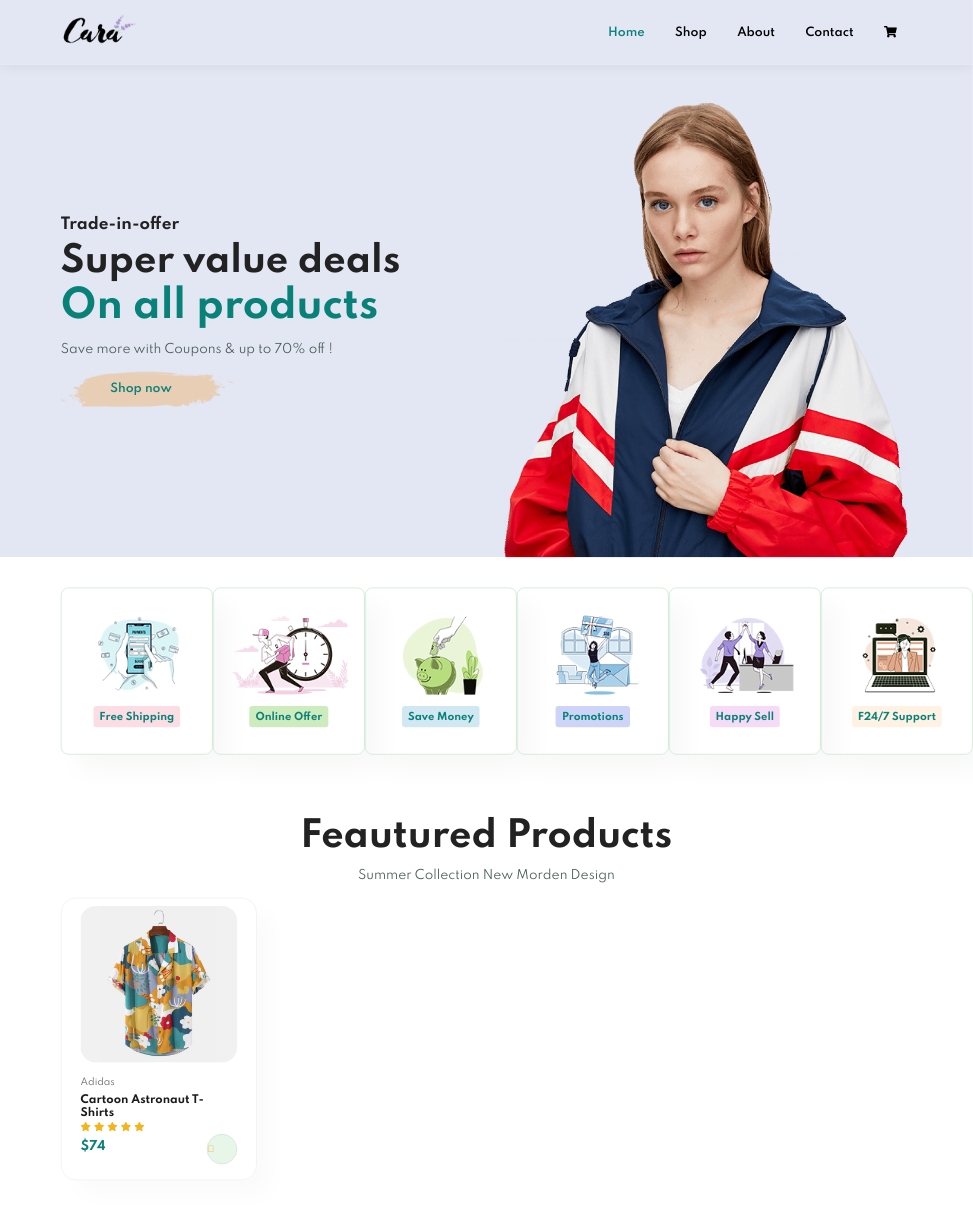
Repository: Daryllgio/E-Commerce-Website-UI
Page: index.html
An editor plug-in stored every save of this project. The page is shown before and after the next save, followed by the edit.
The browser window is 1280 px wide. The pictures show the whole page, at 76% of full size.
Some web libraries are served in a nearby version.

Above is the page before, as saved 2024-12-31 13:48:15.

After the next save:
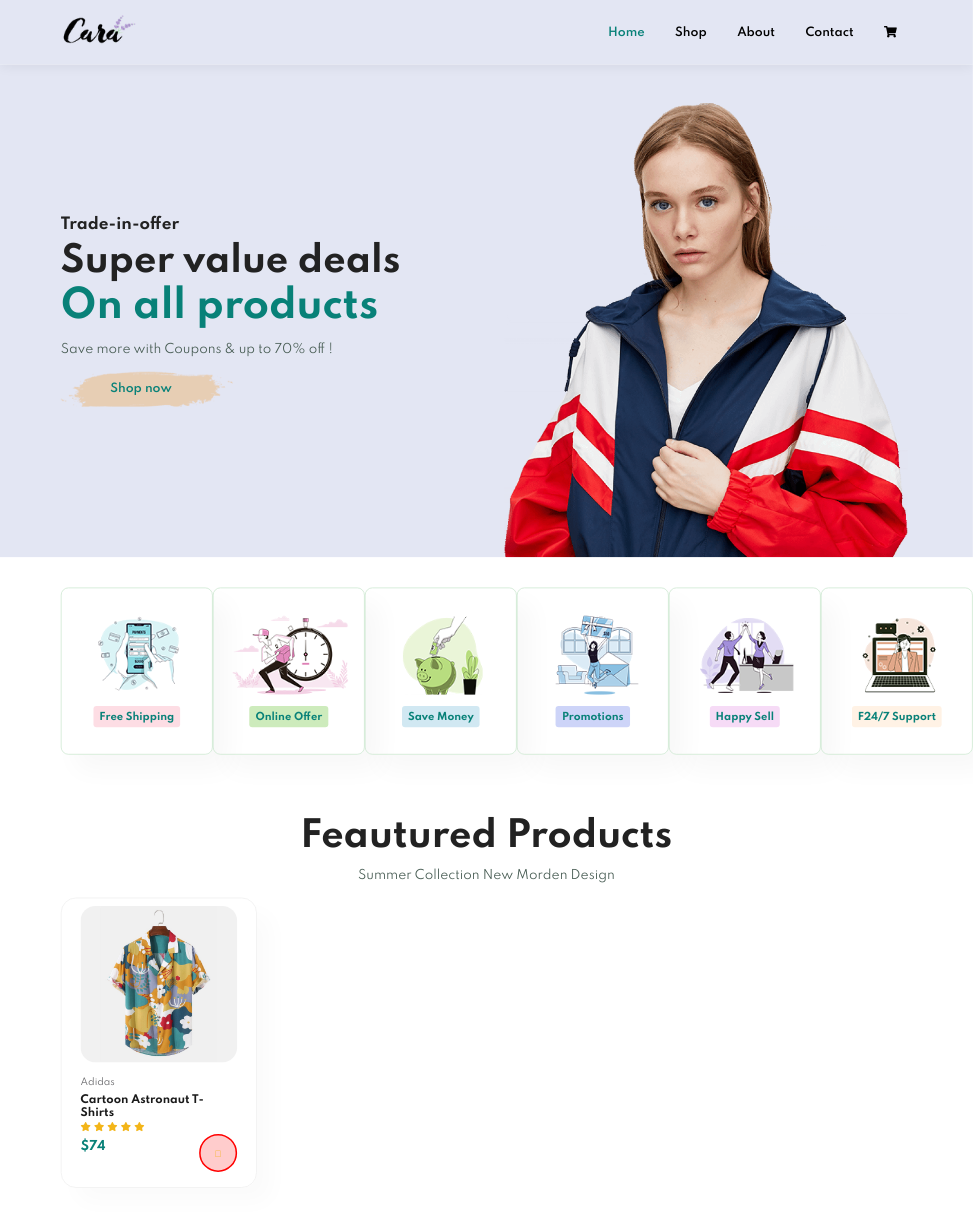
Saved 2 min 48 s later.
--- a/style.css
+++ b/style.css
@@ -236,13 +236,20 @@
   justify-content: space-between;
 }
 
-#product1 .pro .cart {
-  width: 40px;
-  height: 40px;
-  line-height: 40px;
-  border-radius: 50px;
-  background-color: #e8f6ea;
-  font-weight: 500;
-  color: #088178;
-  border: 1px solid #cce7d0;
-}
+.fal.cart {
+  width: 50px;
+  /* Adjust the size */
+  height: 50px;
+  line-height: 50px;
+  border-radius: 25px;
+  background-color: #ffcccc;
+  /* Set a different background */
+  color: #ff0000;
+  /* Set a different color */
+  font-size: 20px;
+  /* Set a different size */
+  text-align: center;
+  /* Ensure the icon is centered */
+  border: 2px solid #ff0000;
+  /* Add a border */
+}

After the save that followed:
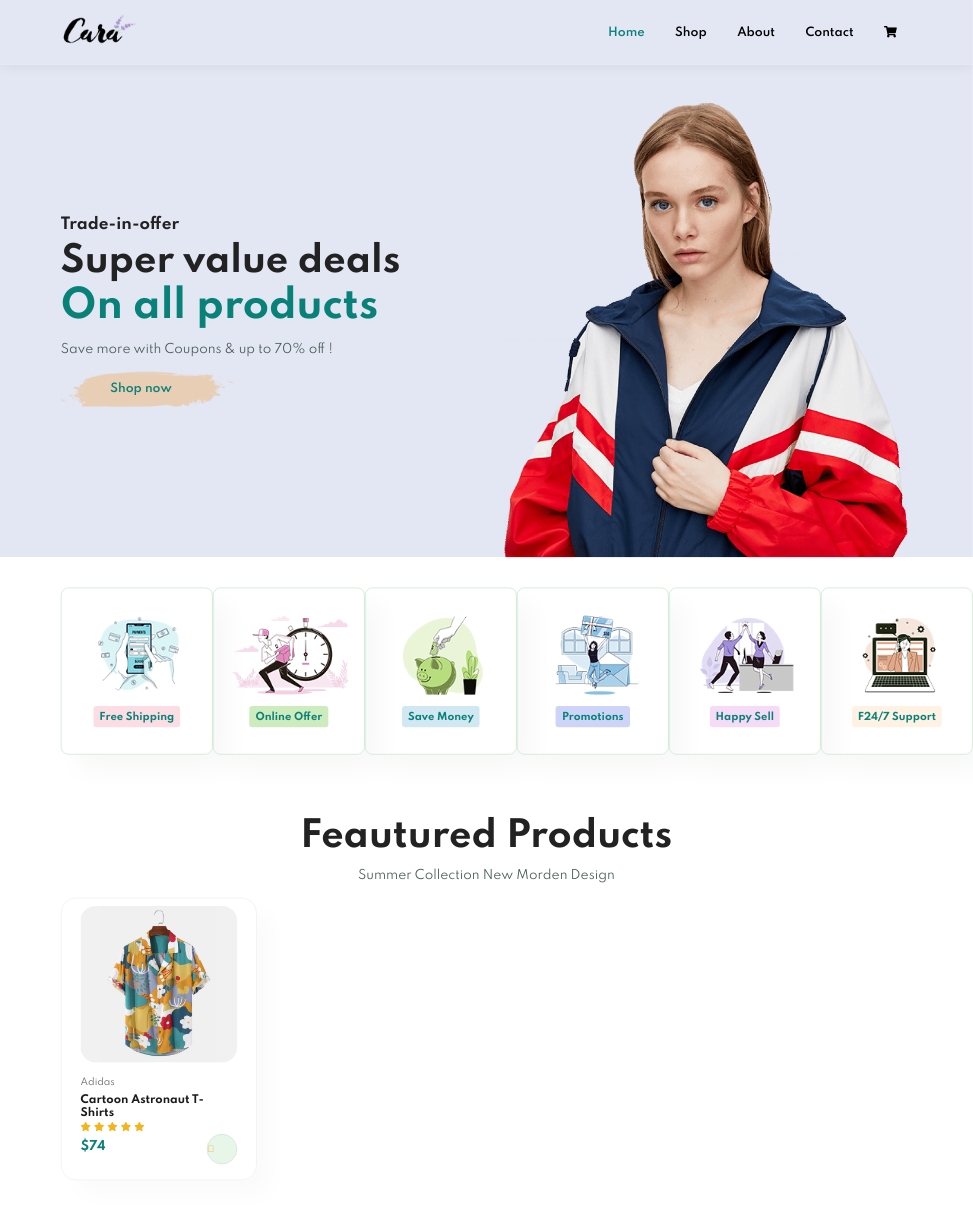
Saved 10 s later.
--- a/style.css
+++ b/style.css
@@ -236,20 +236,13 @@
   justify-content: space-between;
 }
 
-.fal.cart {
-  width: 50px;
-  /* Adjust the size */
-  height: 50px;
-  line-height: 50px;
-  border-radius: 25px;
-  background-color: #ffcccc;
-  /* Set a different background */
-  color: #ff0000;
-  /* Set a different color */
-  font-size: 20px;
-  /* Set a different size */
-  text-align: center;
-  /* Ensure the icon is centered */
-  border: 2px solid #ff0000;
-  /* Add a border */
-}
+#product1 .pro .cart {
+  width: 40px;
+  height: 40px;
+  line-height: 40px;
+  border-radius: 50px;
+  background-color: #e8f6ea;
+  font-weight: 500;
+  color: #088178;
+  border: 1px solid #cce7d0;
+}
